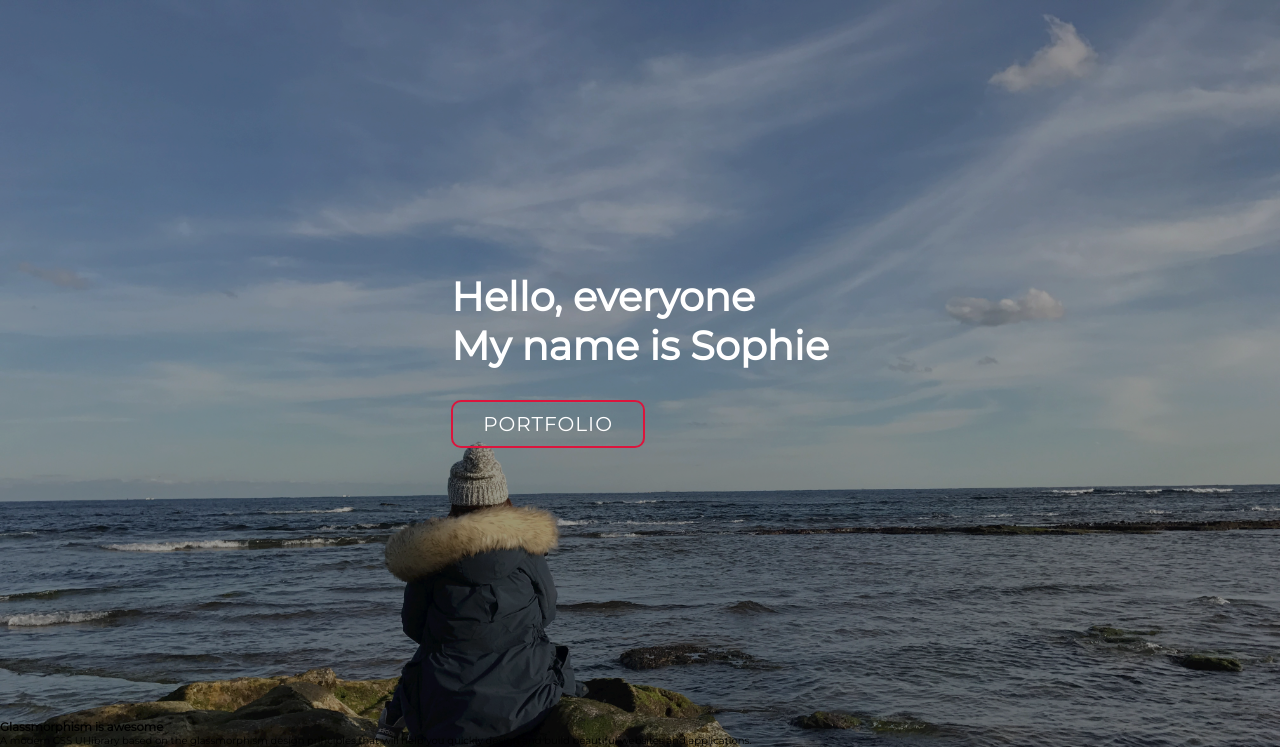
Repository: wenxi0504/StaticWebsite_Profolio
Page: index.html
The author's editor kept a copy of each file at every save. The page is drawn from the files as they stood at one save, then again after the next save.
The browser window is 1280 px wide. The pictures show the whole page.

Above is the page before, as saved 2022-03-01 23:47:31.

### index.html
<!DOCTYPE html>
<html lang="en">
<head>
    <meta charset="UTF-8">
    <meta http-equiv="X-UA-Compatible" content="IE=edge">
    <meta name="viewport" content="width=device-width, initial-scale=1.0">
    <link rel="stylesheet" href="style.css">
    <title>Portfolio</title>
</head>
<body>

    <!-- Introduction section -->
    <section id="myIntro">
        <div class="myIntro container">
            <div class="card">
                <h1>
                    Hello, everyone <span></span>
                </h1>
                <h1>
                    My name is Sophie <span></span>
                </h1>
                <a href="#" type="button" class="cta">Portfolio</a>
            </div>
        </div>
        <div class="card">
            <h3 class="card-title">Glassmorphism is awesome</h3>
            <p>A modern CSS UI library based on the glassmorphism design principles that will help you quickly design and build beautiful websites and applications.</p>

        </div>

    </section>

</body>
</html>

### style.css
/* import custom font from GoogleFonts */
@import 'https://fonts.googleapis.com/css?family=Montserrat:300, 400, 700&display=swap';
*{
margin: 0px;
padding:0px;
box-sizing: border-box;
}

html{
    font-size: 10px;
    font-family: 'Montserrat', sans-serif;
}

a{
    text-decoration: none;
}

.container{
    min-height: 100vh;
    width: 100%;
    display: flex;
    align-items: center;
    justify-content:center;
}

/* myIntro section */
#myIntro{
background-image: url(./images/ProfolioBackground.jpg);
background-size: cover;
background-position: top center;
position: relative;
z-index:1;
}

/* background blurring */
#myIntro ::after{
    content: '';
    position: absolute;
    left: 0px;
    top:0px;
    height: 100%;
    width: 100%;
    background-color:black;
    opacity: 5%;
    z-index: -999;
}




#myIntro h1{
    display: block;
    width: fit-content;
    font-size: 4rem;
    color: white;

}

#myIntro .cta{
    display: inline-block;
    padding: 10px 30px;
    color:white;
    background-color:transparent;
    border: 2px solid crimson;
    border-radius:10px;
    font-size: 2rem;
    text-transform: uppercase;
    letter-spacing: .1rem;
    margin-top: 30px;
    transition: .3s ease;
    transition-property: background-color;
}

#myIntro .cta:hover{
    background-color:crimson
}


/* end myIntro section */

After the next save:
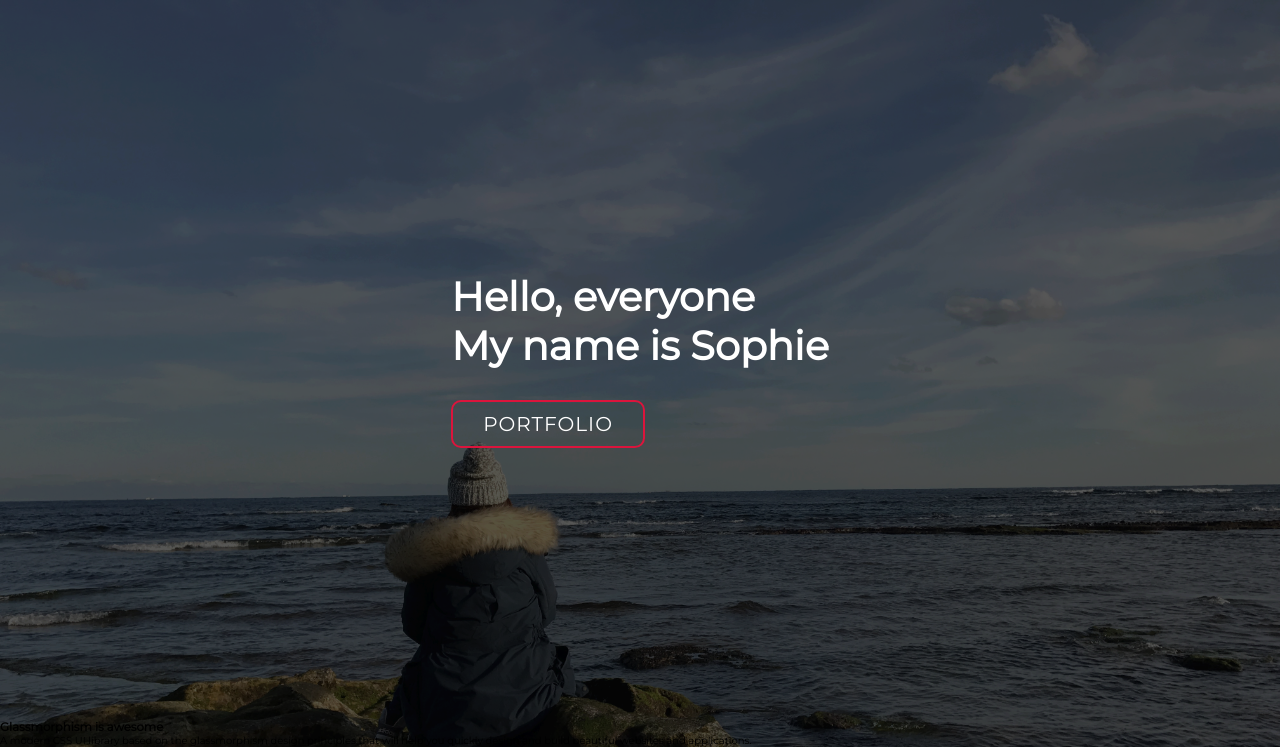
Saved 9 s later.
--- a/style.css
+++ b/style.css
@@ -41,7 +41,7 @@ z-index:1;
     height: 100%;
     width: 100%;
     background-color:black;
-    opacity: 5%;
+    opacity: 10%;
     z-index: -999;
 }
 
